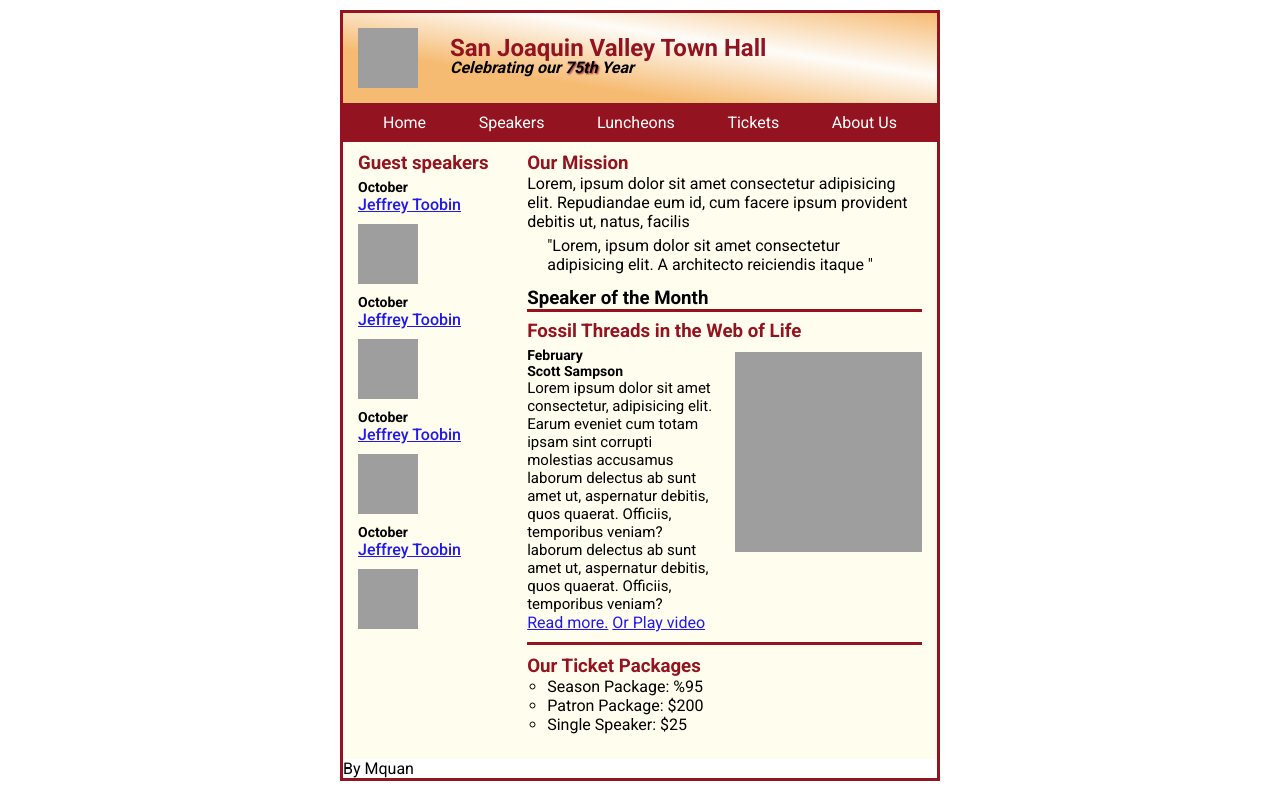
Repository: Mannj-nef/ex-5-6-7-8_IvVettech
Page: index.html
The author's editor kept a copy of each file at every save. The page is drawn from the files as they stood at one save, then again after the next save.
The browser window is 1280 px wide. The pictures show the whole page.
Pictures or frames that could not be fetched are drawn as grey boxes.

Above is the page before, as saved 2022-03-24 23:15:48.

After the next save:
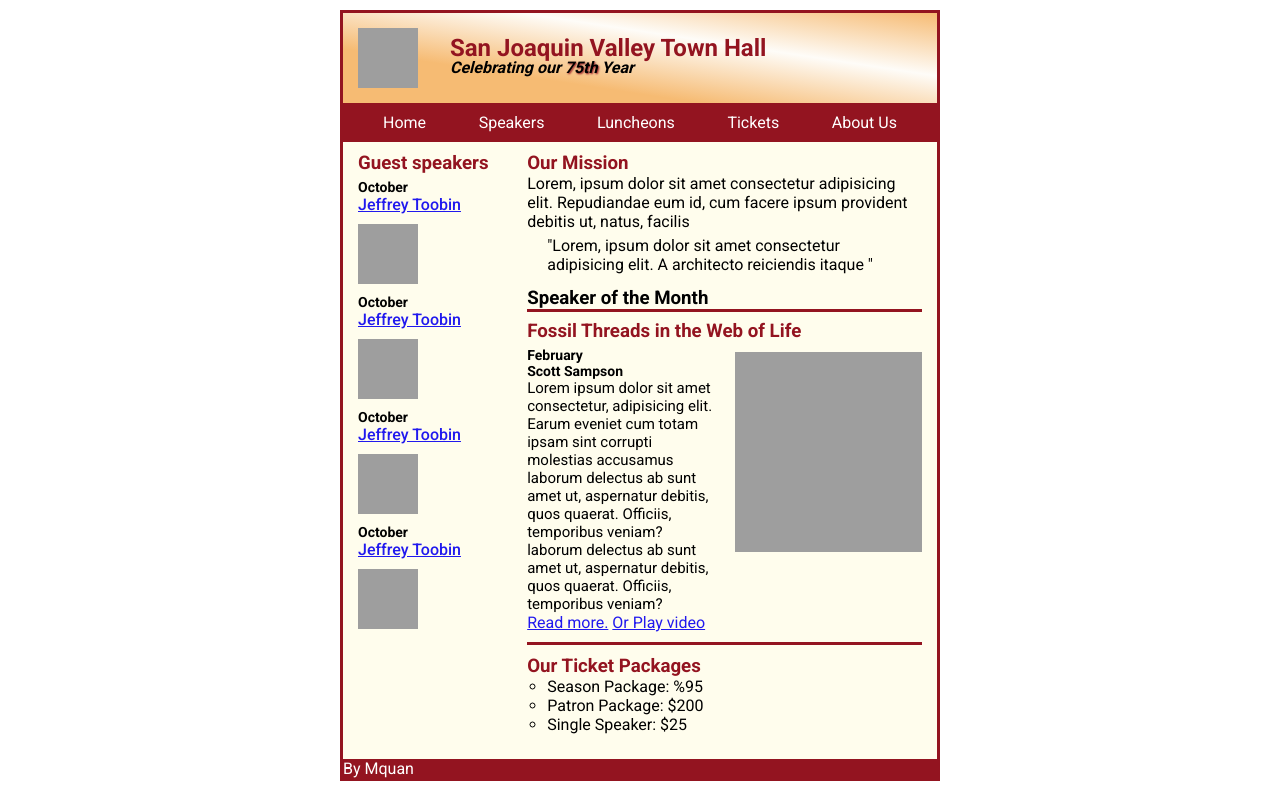
Saved 50 s later.
--- a/Asset/style.css
+++ b/Asset/style.css
@@ -165,3 +165,9 @@ html {
   list-style: circle;
   padding-left: 20px;
 }
+#footer {
+  background-color: var(--prymary-color);
+}
+.coppyright {
+  color: var(--white-color);
+}
